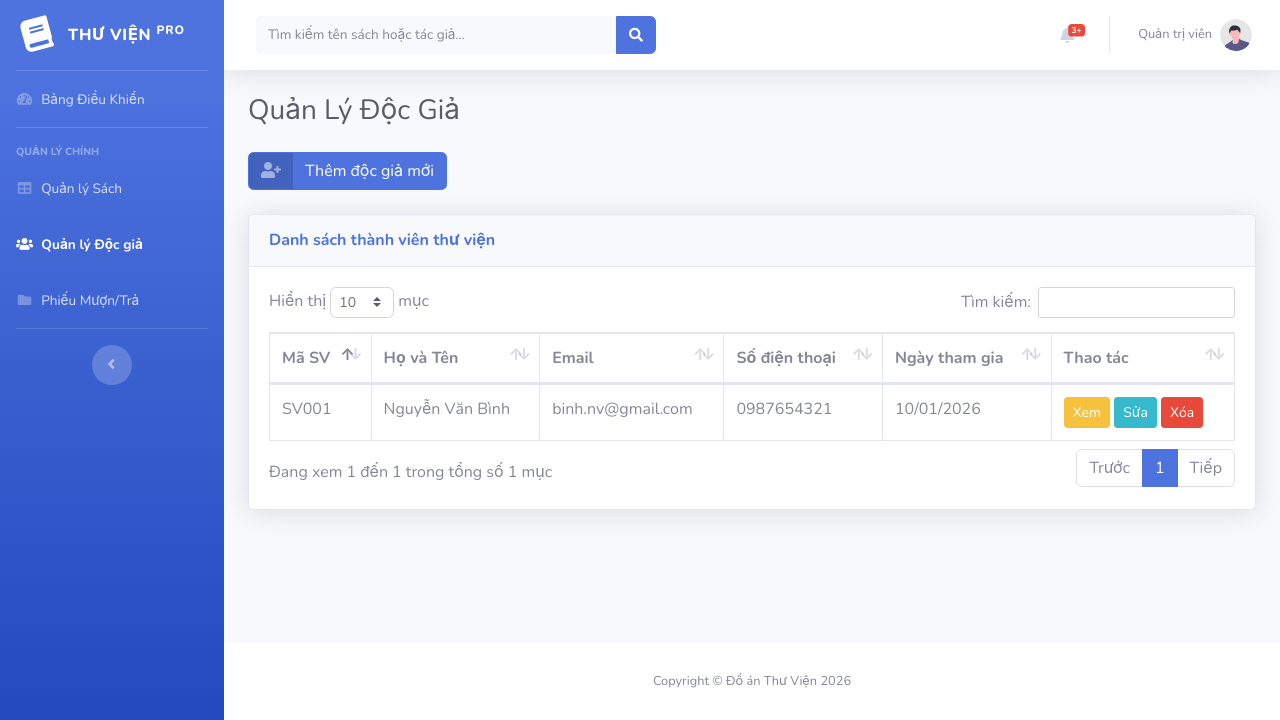
Repository: anhduong030409/LibraryManagement
Page: http://localhost/LibraryManagement/users-list.jsp
These files come from the project's save history. The page is drawn as it stood at one moment and after the next save; the edit follows.
The browser window is 1280 px wide. The pictures show the whole page.
The page is served by Tomcat 9.

Above is the page before, as saved 2026-03-13 11:05:18.

After the next save:
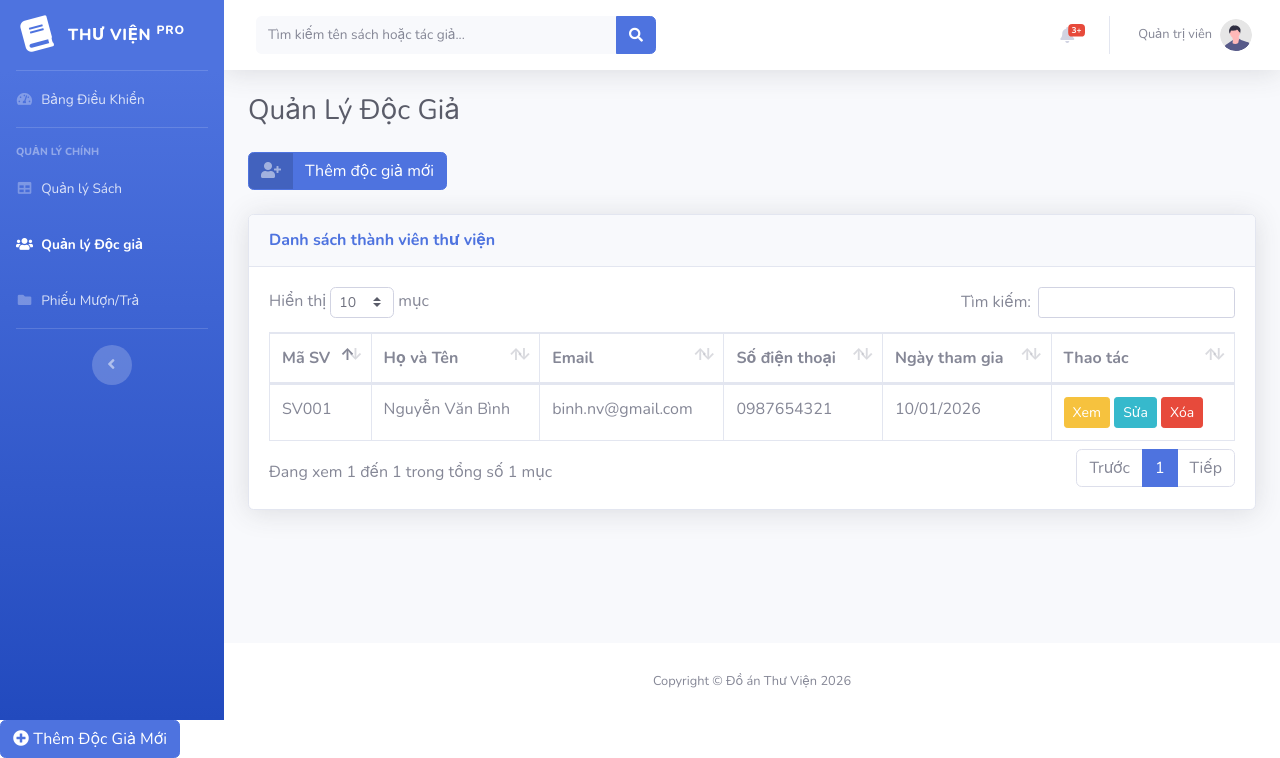
Saved 11 min 48 s later.
--- a/LibraryManagement/src/main/webapp/users-list.jsp
+++ b/LibraryManagement/src/main/webapp/users-list.jsp
@@ -106,5 +106,76 @@
             });
         });
     </script>
+
+    <button type="button" class="btn btn-primary" data-toggle="modal" data-target="#addReaderModal">
+    <i class="fas fa-plus-circle"></i> Thêm Độc Giả Mới
+</button>
+
+<div class="modal fade" id="addReaderModal" tabindex="-1" role="dialog" aria-hidden="true">
+    <div class="modal-dialog modal-dialog-centered" role="document">
+        <div class="modal-content" style="border-radius: 10px;">
+            <form action="addReader" method="post">
+                <div class="modal-header bg-primary text-white" style="border-top-left-radius: 10px; border-top-right-radius: 10px;">
+                    <h5 class="modal-title"><i class="fas fa-user-plus"></i> Thêm Độc Giả Mới</h5>
+                    <button type="button" class="close text-white" data-dismiss="modal" aria-label="Close">
+                        <span aria-hidden="true">&times;</span>
+                    </button>
+                </div>
+                <div class="modal-body">
+                    <div class="form-group">
+                        <label class="font-weight-bold">Mã sinh viên</label>
+                        <div class="input-group">
+                            <div class="input-group-prepend">
+                                <span class="input-group-text"><i class="fas fa-id-card"></i></span>
+                            </div>
+                            <input name="sid" type="text" class="form-control" placeholder="Nhập mã sinh viên..." required>
+                        </div>
+                    </div>
+
+                    <div class="row">
+                        <div class="col-md-12">
+                            <div class="form-group">
+                                <label class="font-weight-bold">Họ và tên</label>
+                                <input name="name" type="text" class="form-control" placeholder="Tên độc giả" required>
+                            </div>
+                        </div>
+                    </div>
+
+                    <div class="row">
+                        <div class="col-md-6">
+                            <div class="form-group">
+                                <label class="font-weight-bold">Email</label>
+                                <input name="email" type="email" class="form-control" placeholder="abc@gmail.com">
+                            </div>
+                        </div>
+                        <div class="col-md-6">
+                            <div class="form-group">
+                                <label class="font-weight-bold">Số điện thoại</label>
+                                <input name="phone" type="text" class="form-control" placeholder="Số điện thoại">
+                            </div>
+                        </div>
+                    </div>
+
+                    <div class="form-group">
+                        <label class="font-weight-bold">Ngày tham gia</label>
+                        <div class="input-group">
+                            <div class="input-group-prepend">
+                                <span class="input-group-text"><i class="fas fa-calendar-alt"></i></span>
+                            </div>
+                            <input name="date" type="date" class="form-control" required>
+                        </div>
+                        <small class="text-muted">Ví dụ: 13/03/2026</small>
+                    </div>
+                </div>
+                <div class="modal-footer bg-light">
+                    <button type="button" class="btn btn-secondary" data-dismiss="modal" style="width: 100px;">Hủy bỏ</button>
+                    <button type="submit" class="btn btn-primary" style="width: 150px;">
+                        <i class="fas fa-check"></i> Xác nhận thêm
+                    </button>
+                </div>
+            </form>
+        </div>
+    </div>
+</div>
 </body>
 </html>
